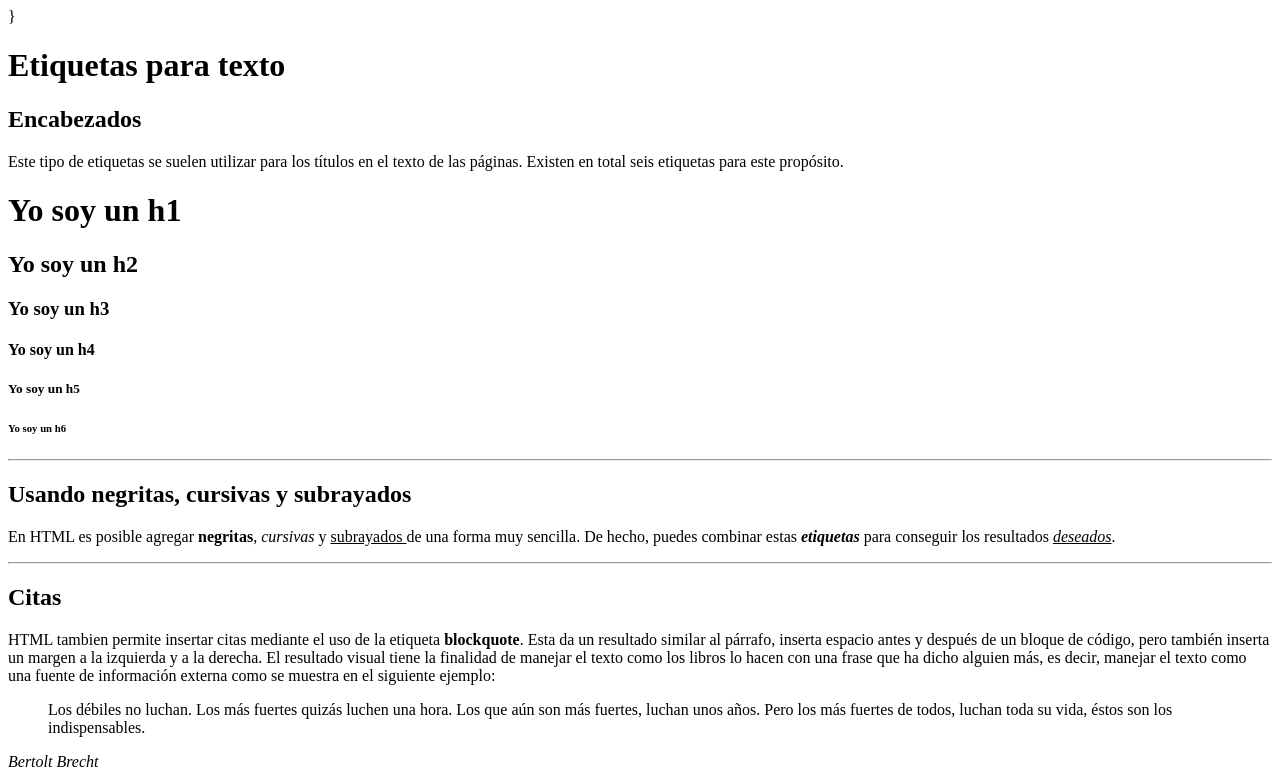
Repository: DiegoJacob0/LabosWeb
Page: 00043719_practica1_seccion1/etiquetas_texto.html
These files come from the project's save history. The page is drawn as it stood at one moment and after a run of saves; the edit follows.
The browser window is 1280 px wide. The pictures show the whole page.

Above is the page before, as saved 2025-08-25 15:06:46.

After the next 3 saves:
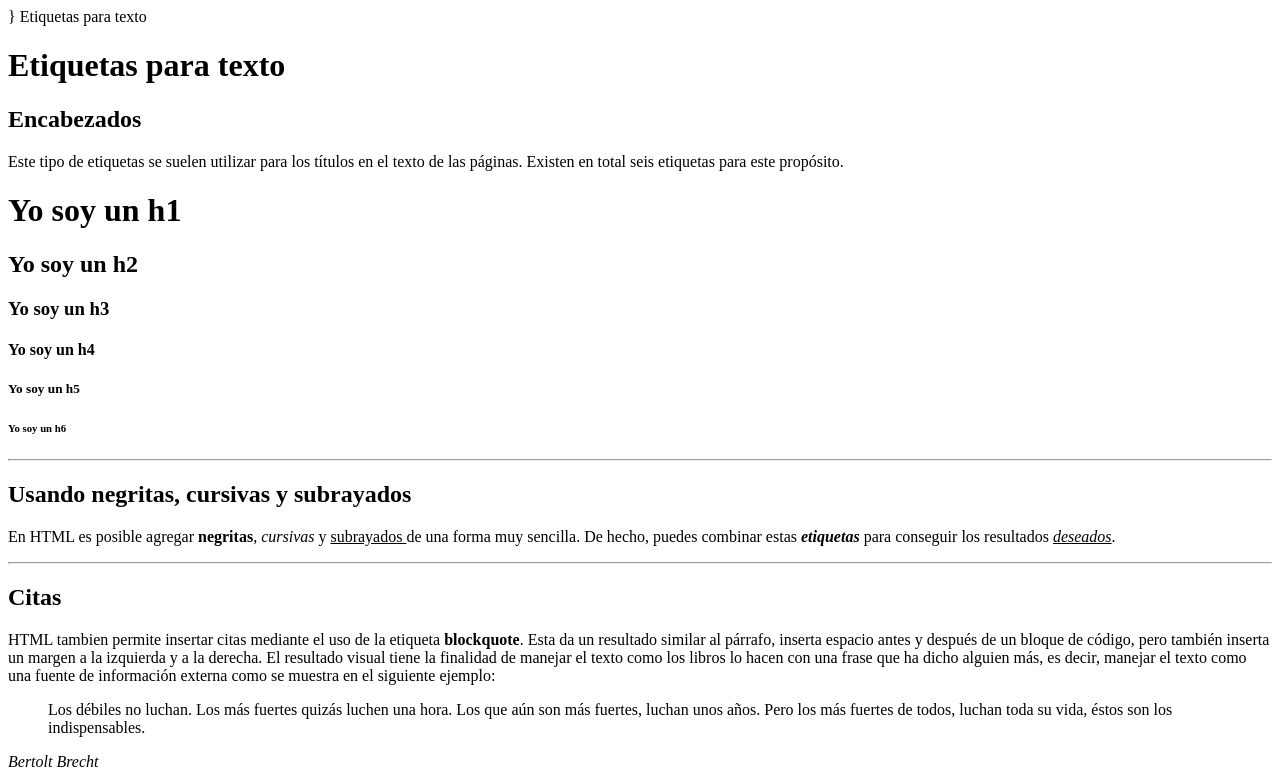
The 3 saves are shown as one change because they came seconds apart.
The last was saved 10 s later.
--- a/00043719_practica1_seccion1/etiquetas_texto.html
+++ b/00043719_practica1_seccion1/etiquetas_texto.html
@@ -2,7 +2,7 @@
 <html lang="en">
 <head>
     <meta charset="UTF-8">}
-
+    <meta name=""
     <title> Etiquetas para texto</title>
 </head>
 <body>
